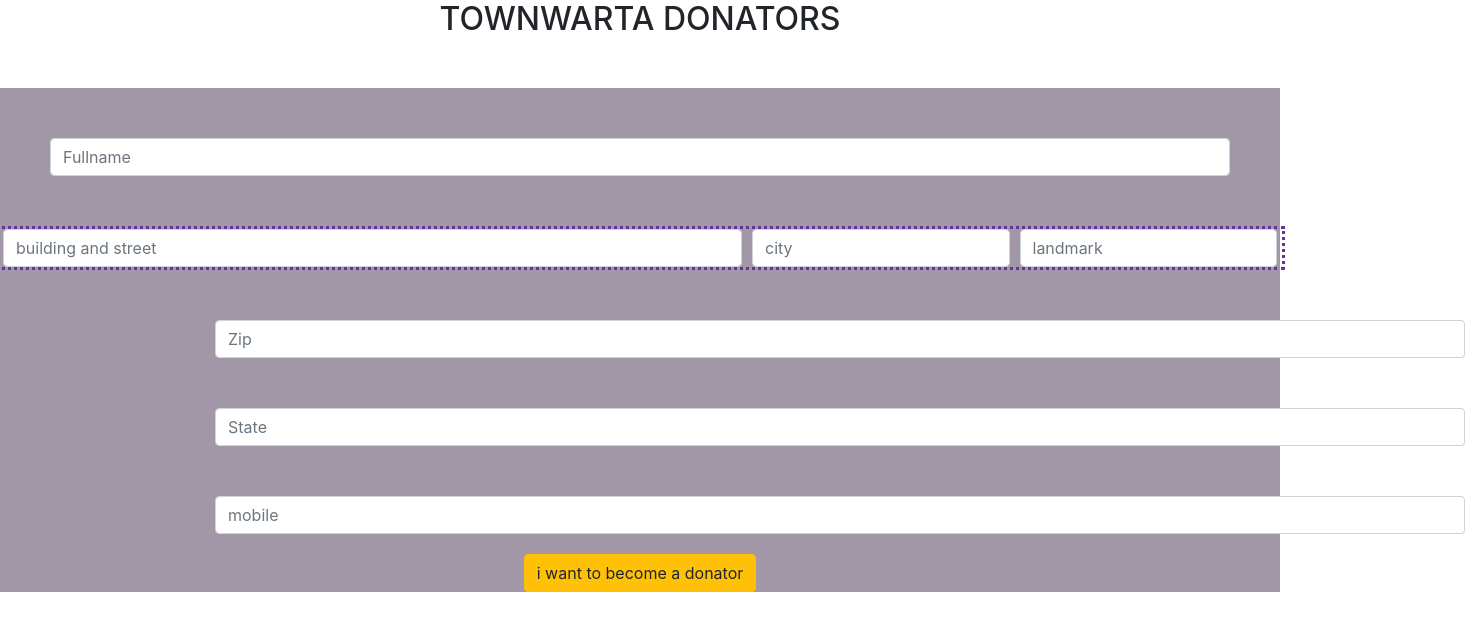
Repository: shivanand1988-28-06/townwarta
Page: http://localhost/donator/donator
The author's editor kept a copy of each file at every save. The page is drawn from the files as they stood at one save, then again after the next save.
The browser window is 1280 px wide. The page is 1480 px wide, so the pictures cover 1480 px, including what lies to the right of the window. The pictures show the whole page.
The page is served by the project's Node server (Townwarta.js).

Above is the page before, as saved 2022-08-30 23:10:42.

After the next save:
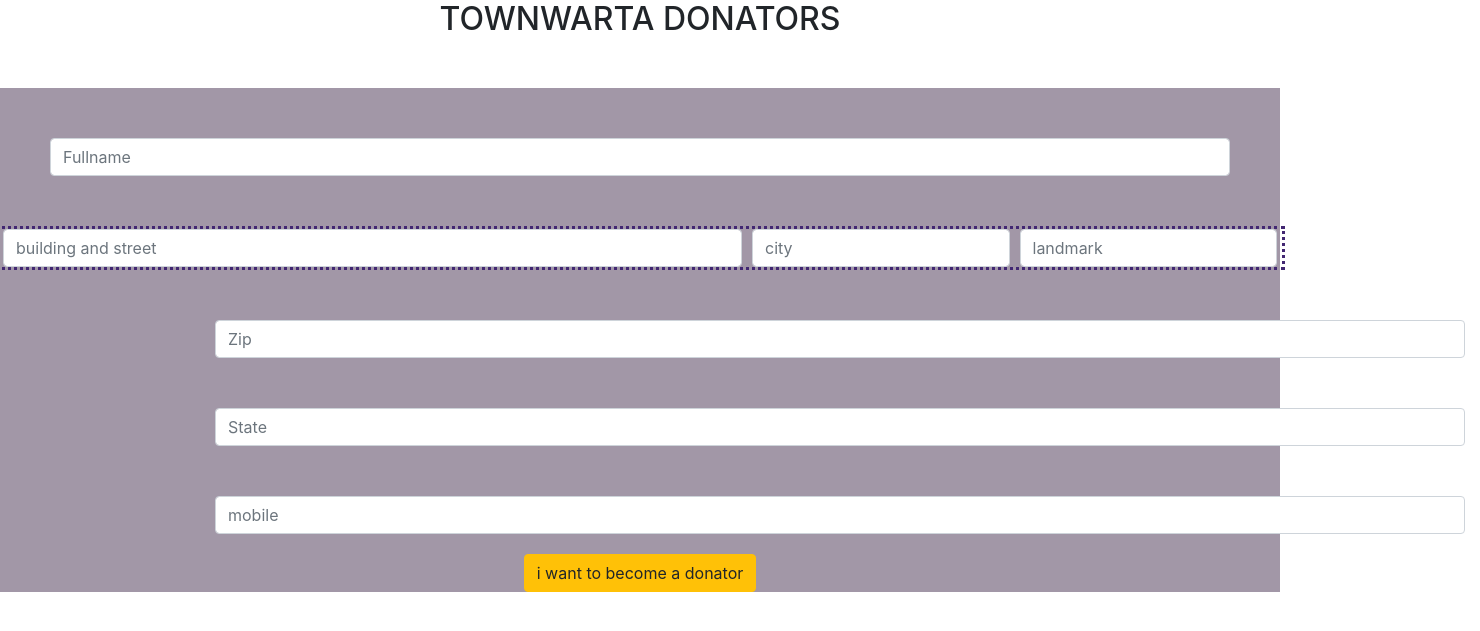
Saved 32 s later.
--- a/views/articles/donator.ejs
+++ b/views/articles/donator.ejs
@@ -14,7 +14,7 @@
         <div class="col" style = "margin-top: 50px ; padding:50px ">
             <input type="text" name = "name" id = "name"class="form-control" placeholder="Fullname">
           </div>
-        <div class="form-row" style = "border: 3px rebeccapurple dotted;">
+        <div class="form-row" style = "border: 3px rgb(66, 39, 114) dotted;">
 
           <div class="col-7">
             <input type="text"name = "street" class="form-control" placeholder="building and street">
